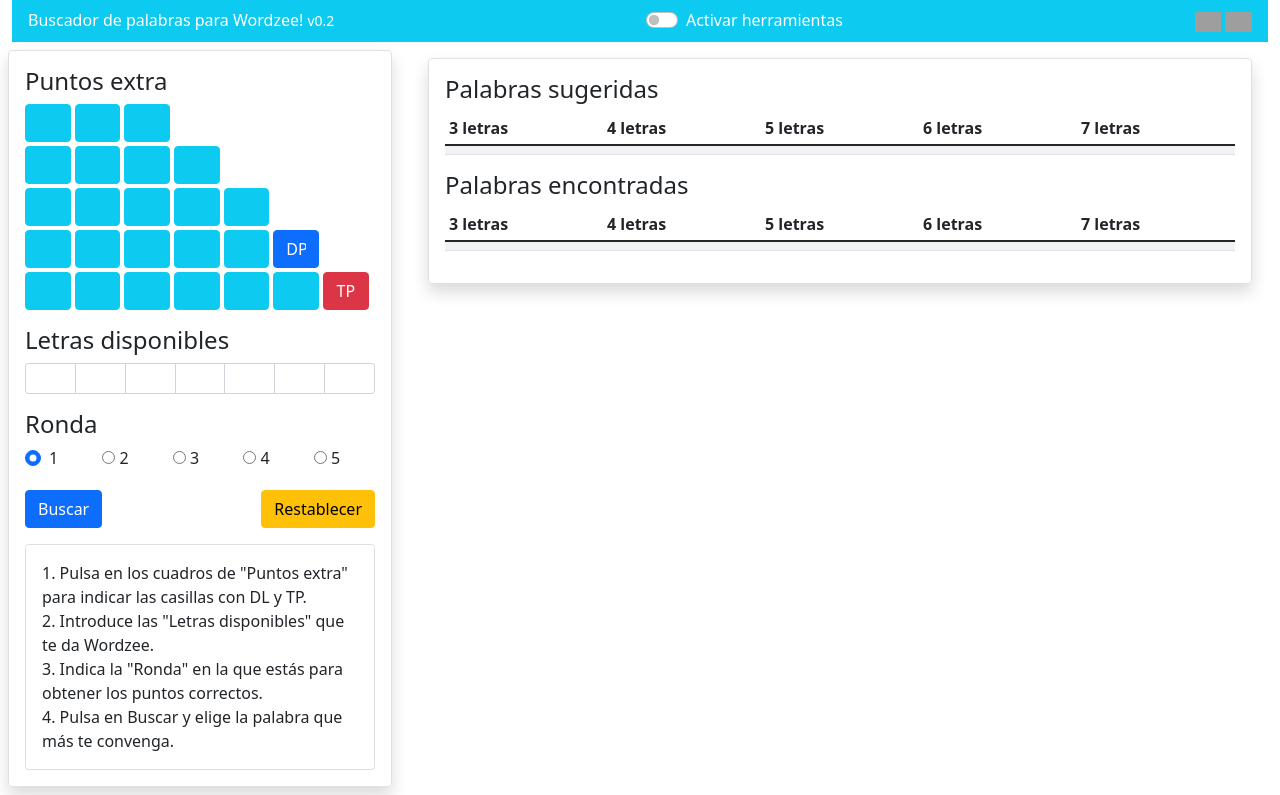
Repository: angelcafe/wordzee-bp_javascript
Page: index.html
The author's editor kept a copy of each file at every save. The page is drawn from the files as they stood at one save, then again after the next save.
The browser window is 1280 px wide. The pictures show the whole page.
Pictures or frames that could not be fetched are drawn as grey boxes.

Above is the page before, as saved 2021-10-22 23:20:27.

### index.html
<!DOCTYPE html>
<html lang="es">

<head>
    <meta charset="UTF-8">
    <meta name="viewport" content="width=device-width, initial-scale=1">
    <meta http-equiv="Expires" content="0">
    <meta http-equiv="Last-Modified" content="0">
    <meta http-equiv="Cache-Control" content="no-cache, mustrevalidate">
    <meta http-equiv="Pragma" content="no-cache">
    <link rel="icon" href="favicon.ico" type="image/ico" />
    <link rel="stylesheet" href="https://cdn.jsdelivr.net/npm/bootstrap@5.1.3/dist/css/bootstrap.min.css" integrity="sha384-1BmE4kWBq78iYhFldvKuhfTAU6auU8tT94WrHftjDbrCEXSU1oBoqyl2QvZ6jIW3" crossorigin="anonymous">
    <link rel="stylesheet" href="https://cdn.jsdelivr.net/npm/bootstrap-icons@1.5.0/font/bootstrap-icons.css">
    <link rel="stylesheet" href="index.css">
    <title>Busca palabras</title>
</head>

<body>
    <div class="container-fluid">
        <!-- Cabecera -->
        <nav class="nav d-flex justify-content-between bg-info">
            <li class="nav-item">
                <span class="nav-link text-white">Buscador de palabras para Wordzee! <small>v0.2</small></span>
            </li>
            <li class="nav-item">
                <div class="nav-link text-white form-check form-switch">
                    <input class="form-check-input" type="checkbox" role="switch" id="idActivarHerramientas">
                    <label class="form-check-label" for="idActivarHerramientas">Activar herramientas</label>
                </div>
            </li>
            <li class="nav-item">
                <span class="nav-link">
                    <a href="https://www.facebook.com/BuscaPalabras-para-Wordzee-106324508497974" target="_blank"><img src="https://upload.wikimedia.org/wikipedia/commons/5/51/Facebook_f_logo_%282019%29.svg" height="20"></a>
                    <a href="https://t.me/buscadorwordzee" target="_blank"><img src="https://upload.wikimedia.org/wikipedia/commons/thumb/8/83/Telegram_2019_Logo.svg/2048px-Telegram_2019_Logo.svg.png" height="20"></a>
                </span>
            </li>
        </nav>
        <div class="row">
            <!-- Principal -->
            <div class="col border shadow rounded m-2 p-3 principal">
                <form name="principal" method="POST">
                    <div id="idPuntosExtra">
                        <h4>Puntos extra</h4>
                        <div class="p-0 mb-1">
                            <input type="text" name="pal3let1" class="btn btn-info" value="" readonly>
                            <input type="text" name="pal3let2" class="btn btn-info" value="" readonly>
                            <input type="text" name="pal3let3" class="btn btn-info" value="" readonly>
                        </div>
                        <div class="p-0 mb-1">
                            <input type="text" name="pal4let1" id="pal4let1" class="btn btn-info" value="" readonly>
                            <input type="text" name="pal4let2" id="pal4let2" class="btn btn-info" value="" readonly>
                            <input type="text" name="pal4let3" id="pal4let3" class="btn btn-info" value="" readonly>
                            <input type="text" name="pal4let4" id="pal4let4" class="btn btn-info" value="" readonly>
                        </div>
                        <div class="p-0 mb-1">
                            <input type="text" name="pal5let1" id="pal5let1" class="btn btn-info" value="" readonly>
                            <input type="text" name="pal5let2" id="pal5let2" class="btn btn-info" value="" readonly>
                            <input type="text" name="pal5let3" id="pal5let3" class="btn btn-info" value="" readonly>
                            <input type="text" name="pal5let4" id="pal5let4" class="btn btn-info" value="" readonly>
                            <input type="text" name="pal5let5" id="pal5let5" class="btn btn-info" value="" readonly>
                        </div>
                        <div class="p-0 mb-1">
                            <input type="text" name="pal6let1" id="pal6let1" class="btn btn-info" value="" readonly>
                            <input type="text" name="pal6let2" id="pal6let2" class="btn btn-info" value="" readonly>
                            <input type="text" name="pal6let3" id="pal6let3" class="btn btn-info" value="" readonly>
                            <input type="text" name="pal6let4" id="pal6let4" class="btn btn-info" value="" readonly>
                            <input type="text" name="pal6let5" id="pal6let5" class="btn btn-info" value="" readonly>
                            <input type="text" name="pal6let6" id="pal6let6" class="btn btn-info" value="" readonly>
                        </div>
                        <div class="p-0 mb-3">
                            <input type="text" name="pal7let1" id="pal7let1" class="btn btn-info" value="" readonly>
                            <input type="text" name="pal7let2" id="pal7let2" class="btn btn-info" value="" readonly>
                            <input type="text" name="pal7let3" id="pal7let3" class="btn btn-info" value="" readonly>
                            <input type="text" name="pal7let4" id="pal7let4" class="btn btn-info" value="" readonly>
                            <input type="text" name="pal7let5" id="pal7let5" class="btn btn-info" value="" readonly>
                            <input type="text" name="pal7let6" id="pal7let6" class="btn btn-info" value="" readonly>
                            <input type="text" name="pal7let7" id="pal7let7" class="btn btn-info" value="" readonly>
                        </div>
                    </div>
                    <div id="idLetrasDisponibles">
                        <h4>Letras disponibles</h4>
                        <div class="input-group input-group-sm mb-3" id="letras">
                            <input type="text" name="letra1" size="1" maxlength="1" autocomplete="off" required="required" class="form-control text-uppercase" value="">
                            <input type="text" name="letra2" size="1" maxlength="1" autocomplete="off" required="required" class="form-control text-uppercase" value="">
                            <input type="text" name="letra3" size="1" maxlength="1" autocomplete="off" required="required" class="form-control text-uppercase" value="">
                            <input type="text" name="letra4" size="1" maxlength="1" autocomplete="off" required="required" class="form-control text-uppercase" value="">
                            <input type="text" name="letra5" size="1" maxlength="1" autocomplete="off" required="required" class="form-control text-uppercase" value="">
                            <input type="text" name="letra6" size="1" maxlength="1" autocomplete="off" required="required" class="form-control text-uppercase" value="">
                            <input type="text" name="letra7" size="1" maxlength="1" autocomplete="off" required="required" class="form-control text-uppercase" value="">
                        </div>
                    </div>
                    <div id="idRonda">
                        <h4>Ronda</h4>
                        <div class="form-check form-check-inline mb-3">
                            <input type="radio" name="ronda" value="1" class="form-check-input" checked>
                            <label class="form-check-label" for="idRonda1">1</label>
                        </div>
                        <div class="form-check form-check-inline mb-3">
                            <input type="radio" name="ronda" value="2" class="custom-control-input">
                            <label class="custom-control-label" for="idRonda2">2</label>
                        </div>
                        <div class="form-check form-check-inline mb-3">
                            <input type="radio" name="ronda" value="3" class="custom-control-input">
                            <label class="custom-control-label" for="idRonda3">3</label>
                        </div>
                        <div class="form-check form-check-inline mb-3">
                            <input type="radio" name="ronda" value="4" class="custom-control-input">
                            <label class="custom-control-label" for="idRonda4">4</label>
                        </div>
                        <div class="form-check form-check-inline mb-3">
                            <input type="radio" name="ronda" value="5" class="custom-control-input">
                            <label class="custom-control-label" for="idRonda5">5</label>
                        </div>
                        <div class="btn-toolbar justify-content-between mt-1">
                            <button type="submit" class="btn btn-primary">Buscar</button>
                            <button type="button" onclick="restablecer()" class="btn btn-warning">Restablecer</button>
                        </div>
                    </div>
                </form>
                <div class="card mt-3">
                    <div class="card-body">
                        1. Pulsa en los cuadros de "Puntos extra" para indicar las casillas con DL y TP.
                        <br>
                        2. Introduce las "Letras disponibles" que te da Wordzee.
                        <br>
                        3. Indica la "Ronda" en la que estás para obtener los puntos correctos.
                        <br>
                        4. Pulsa en Buscar y elige la palabra que más te convenga.
                    </div>
                </div>
            </div>
            <!-- Herramientas -->
            <div class="col border col m-3 p-3 shadow rounded herramientas">
                <div id="idHerramientas">
                    <h4>Herramientas</h4>
                    <form class="row">
                        <div class="col">Palabra nueva:</div>
                        <div class="col">
                            <input name="palabraGuardar" id="palabraGuardar" type="text" minlength="3" maxlength="7" autocomplete="off" required="required" class="form-control text-uppercase" value="">
                        </div>
                        <div class="col">
                            <button id="idGuardar" type="button" class="btn btn-primary">Guardar</button>
                        </div>
                    </form>
                    <form class="row mt-3">
                        <div class="col">Borrar palabra:</div>
                        <div class="col">
                            <input name="palabraBorrar" id="palabraBorrar" type="text" minlength="3" maxlength="7" autocomplete="off" required="required" class="form-control text-uppercase" value="">
                        </div>
                        <div class="col">
                            <button id="idBorrar" type="button" class="btn btn-danger">Borrar</button>
                        </div>
                    </form>
                    <form class="row mt-3">
                        <div class="col">Exportar JSON:</div>
                        <div class="col"></div>
                        <div class="col">
                            <button type="button" onclick="palabras.exportar()" class="btn btn-primary">Exportar</button>
                        </div>
                    </form>
                    <form class="row mt-3">
                        <div class="col">Importar JSON:</div>
                        <div class="col custom-file">
                            <input type="file" class="custom-file-input" accept=".json" id="formFile" required="required">
                            <label class="custom-file-label" for="formFile" data-browse="Elegir"></label>
                        </div>
                        <div class="col input-group-append">
                            <button type="button" class="btn btn-warning" onclick="palabras.importar()">Importar</button>
                        </div>
                    </form>
                </div>
            </div>
        <!-- Palabras sugeridas -->
            <div class="col">
            <div class="border col m-3 p-3 shadow rounded">
                <h4>Palabras sugeridas</h4>
                <table class="table table-sm table-striped table-hover">
                    <thead>
                        <tr>
                            <th>3 letras</th>
                            <th>4 letras</th>
                            <th>5 letras</th>
                            <th>6 letras</th>
                            <th>7 letras</th>
                        </tr>
                    </thead>
                    <tbody>
                        <tr>
                            <td class="noselect"></td>
                            <td class="noselect"></td>
                            <td class="noselect"></td>
                            <td class="noselect"></td>
                            <td class="noselect"></td>
                        </tr>
                    </tbody>
                </table>
                <!-- Palabras encontradas -->
                <h4>Palabras encontradas</h4>
                <table class="table table-sm table-striped table-hover">
                    <thead>
                        <tr>
                            <th>3 letras</th>
                            <th>4 letras</th>
                            <th>5 letras</th>
                            <th>6 letras</th>
                            <th>7 letras</th>
                        </tr>
                    </thead>
                    <tbody>
                        <tr>
                            <td class="menu palenc noselect"></td>
                            <td class="menu palenc noselect"></td>
                            <td class="menu palenc noselect"></td>
                            <td class="menu palenc noselect"></td>
                            <td class="menu palenc noselect"></td>
                        </tr>
                    </tbody>
                </table>
            </div>
        </div>
    </div>
    <div id="modalAlert" class="modal fade" tabindex="-1">
        <div class="modal-dialog">
            <div class="modal-content">
                <div class="modal-header">
                    <h5 class="modal-title"></h5>
                    <button type="button" class="close" data-dismiss="modal" aria-label="Close"></button>
                </div>
                <div class="modal-body">
                    <p>Importación finalizada.</p>
                </div>
                <div class="modal-footer">
                    <button type="button" class="close" data-dismiss="modal" aria-label="Cerrar">
                        <span aria-hidden="true">&times;</span>
                    </button>
                </div>
            </div>
        </div>
    </div>
    <div id="menu">
        <div>
            <i class="bi bi-eraser-fill"></i> Borrar <span id="idBorrarPalabra"></span> de la Base de Datos
        </div>
    </div>
    <script src="https://cdn.jsdelivr.net/npm/bootstrap@5.1.3/dist/js/bootstrap.bundle.min.js" integrity="sha384-ka7Sk0Gln4gmtz2MlQnikT1wXgYsOg+OMhuP+IlRH9sENBO0LRn5q+8nbTov4+1p" crossorigin="anonymous"></script>
    <script src="index.js"></script>
</body>

</html>

### index.css
.herramientas {
    display: none;
    max-width: 26em;
    min-width: 24em;
}
.noselect {
    -webkit-touch-callout: none; /* iOS Safari */
    -webkit-user-select: none; /* Safari */
    -khtml-user-select: none; /* Konqueror HTML */
    -moz-user-select: none; /* Firefox */
    -ms-user-select: none; /* Internet Explorer/Edge */
    user-select: none; /* Non-prefixed version, currently
    supported by Chrome and Opera */
}
.palenc {
    cursor: pointer;
}
.principal {
    max-width: 24em;
    min-width: 24em;
}
.rosa {
    background-color: pink;
}
#idPuntosExtra input {
    width: 13%;
}
#idBorrarPalabra,
#idBotonBuscaPalabras {
    cursor: pointer;
}
#menu {
    position: absolute;
    display: none;
    padding: 0px;
    font-family: sans-serif;
    font-size: 15px;
    background: #fff;
    color: #555;
    border: 1px solid #C6C6C6;
    -webkit-transition: opacity .5s ease-in-out;
    -moz-transition: opacity .5s ease-in-out;
    transition: opacity .5s ease-in-out;
    -webkit-box-shadow: 2px 2px 2px 0px rgba(143, 144, 145, 1);
    -moz-box-shadow: 2px 2px 2px 0px rgba(143, 144, 145, 1);
    box-shadow: 2px 2px 2px 0px rgba(143, 144, 145, 1);
}
#menu div {
    display: block;
    color: #555;
    text-decoration: none;
    padding: 6px 8px 6px 8px;
    width: 294px;
    position: relative;
}
#menu div img,
#menu div i.fa {
    height: 20px;
    font-size: 17px;
    width: 20px;
    position: absolute;
    left: 5px;
    top: 2px;
}
#menu span:hover {
    color: #fff;
    background: #69a0f1;
}
#menu span {
    font-weight: bold;
}

Loaded but not shown: index.js (204 lines, source omitted)

After the next save:
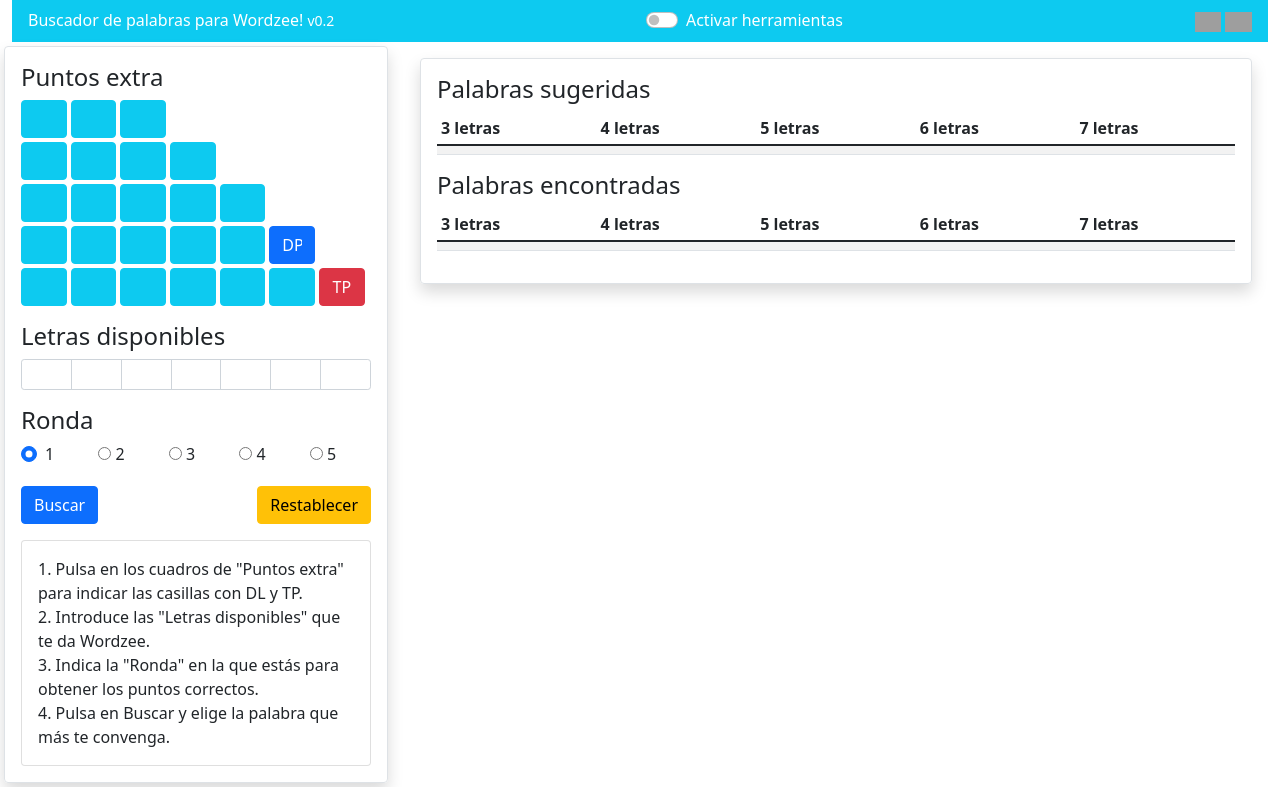
Saved 47 s later.
--- a/index.html
+++ b/index.html
@@ -37,7 +37,7 @@
         </nav>
         <div class="row">
             <!-- Principal -->
-            <div class="col border shadow rounded m-2 p-3 principal">
+            <div class="col border shadow rounded m-1 p-3 principal">
                 <form name="principal" method="POST">
                     <div id="idPuntosExtra">
                         <h4>Puntos extra</h4>

After the save that followed:
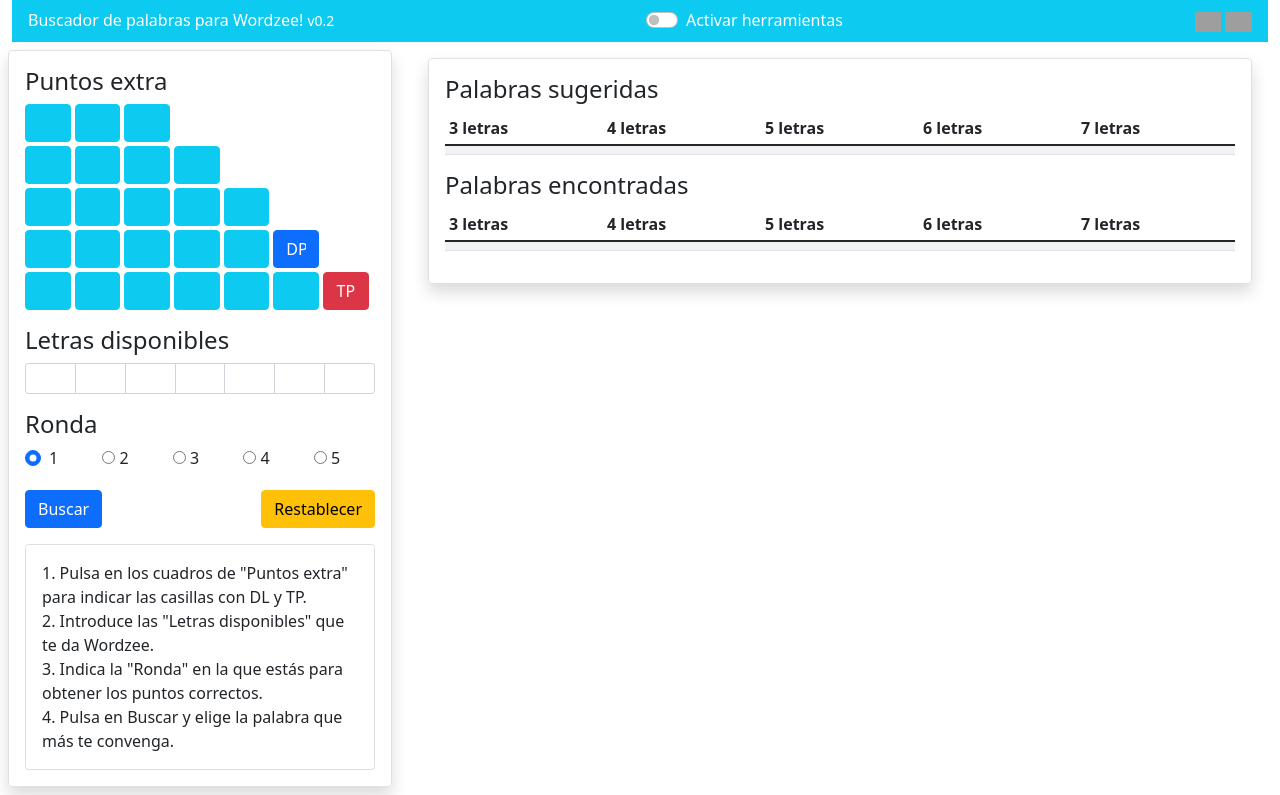
Saved 7 s later.
--- a/index.html
+++ b/index.html
@@ -37,7 +37,7 @@
         </nav>
         <div class="row">
             <!-- Principal -->
-            <div class="col border shadow rounded m-1 p-3 principal">
+            <div class="col border shadow rounded m-2 p-3 principal">
                 <form name="principal" method="POST">
                     <div id="idPuntosExtra">
                         <h4>Puntos extra</h4>
@@ -130,7 +130,7 @@
                 </div>
             </div>
             <!-- Herramientas -->
-            <div class="col border col m-3 p-3 shadow rounded herramientas">
+            <div class="col border col m-2 p-3 shadow rounded herramientas">
                 <div id="idHerramientas">
                     <h4>Herramientas</h4>
                     <form class="row">
